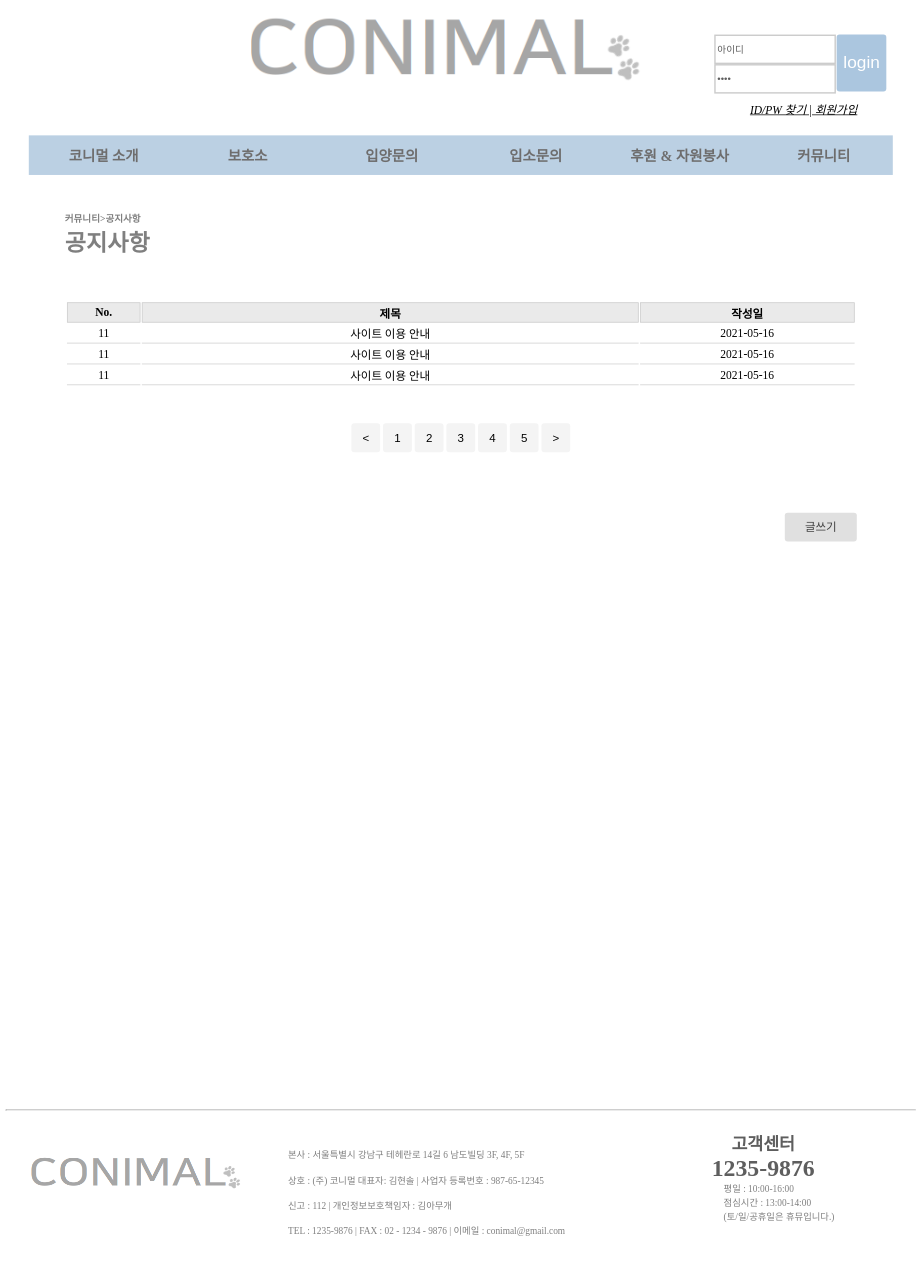
Repository: rlagusthf12/SemiProject
Page: http://localhost/jspProject/
The author's editor kept a copy of each file at every save. The page is drawn from the files as they stood at one save, then again after the next save.
The browser window is 1280 px wide. The pictures show the whole page, at 72% of full size.
The page is served by Tomcat 9.

Above is the page before, as saved 2021-05-18 07:08:30.

After the next save:
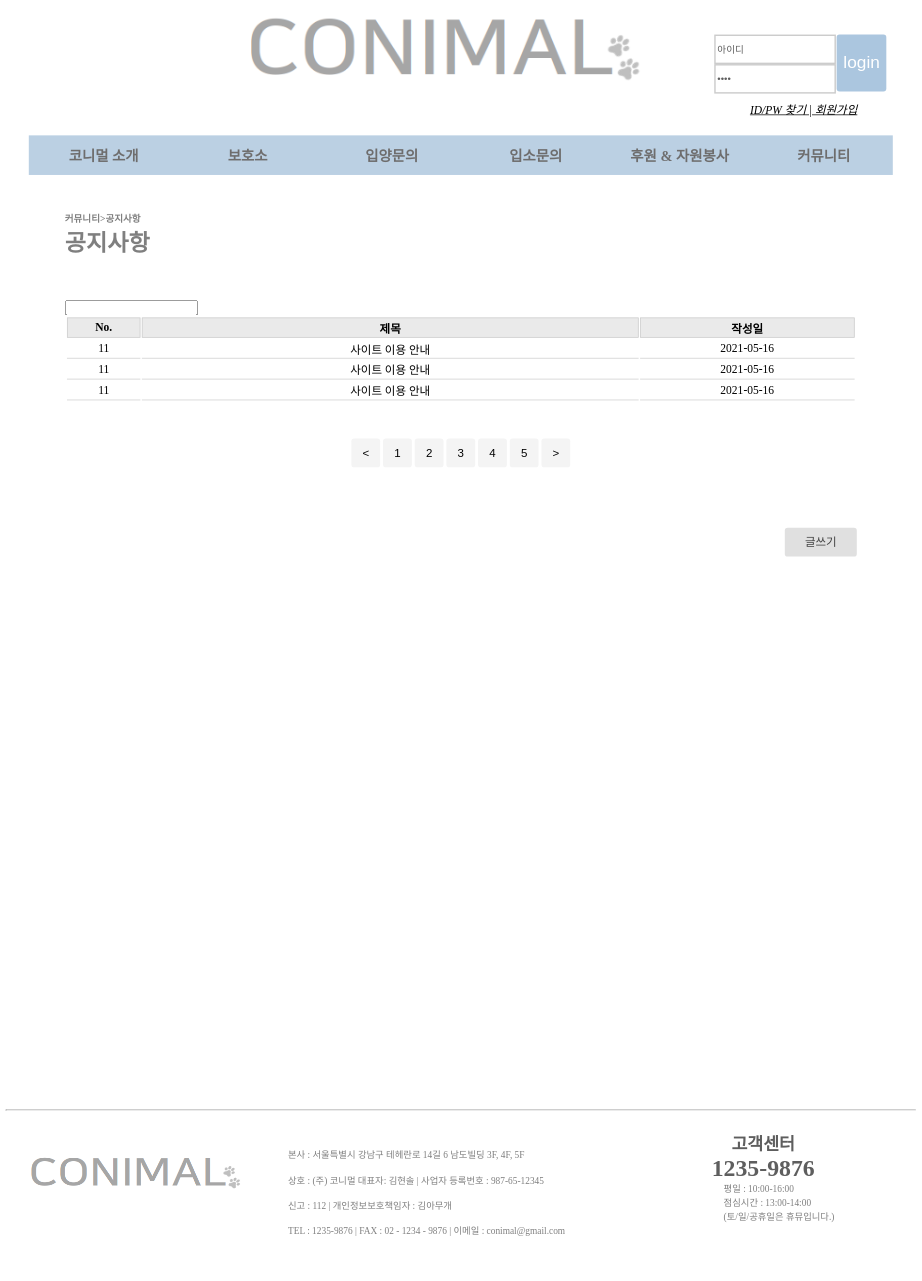
Saved 45 s later.
--- a/jspProject/WebContent/views/notice/notice.jsp
+++ b/jspProject/WebContent/views/notice/notice.jsp
@@ -95,6 +95,9 @@
   <h1>공지사항</h1>
 
   </div>
+  <div>
+  <input type="search">
+  </div>
 	<div class="body1">
   <table class="list-area">
             <thead>
